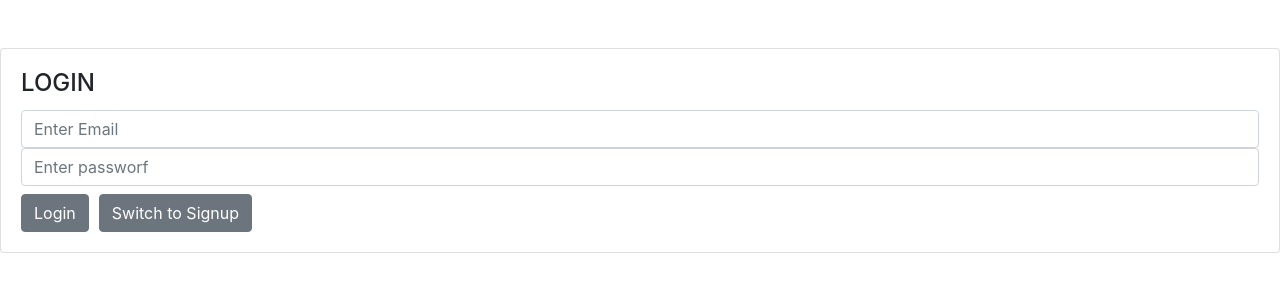
Repository: hosseinemami1370/iranicard
Page: /auth
The author's editor kept a copy of each file at every save. The page is drawn from the files as they stood at one save, then again after the next save.
The browser window is 1280 px wide. The pictures show the whole page.
The project was rebuilt for these pictures with package versions that can differ from the ones it lists, and the page was loaded fresh each time. The framework's server and built-in components were replaced by stand-ins that run in the browser. Also part of the build but not shown: nuxt.config.js, components/Header.vue, components/Logo.vue, components/UI/AppButton.vue, components/navigation/Header.vue, layouts/admin.vue, layouts/error.vue, layouts/header.vue.

Above is the page before, as saved 2021-03-13 15:20:32.

After the next save:
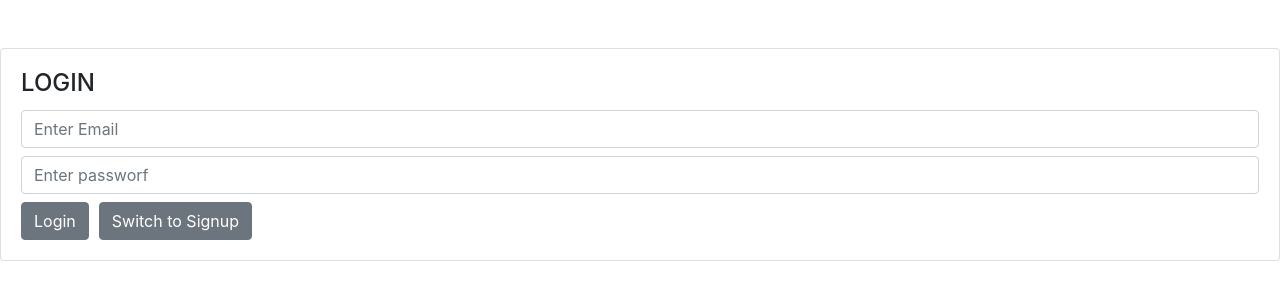
Saved 61 s later.
--- a/pages/auth/index.vue
+++ b/pages/auth/index.vue
@@ -4,7 +4,7 @@
           <b-form-input id="email" v-model="email" placeholder="Enter Email">
 
           </b-form-input>
-          <b-form-input id="password" v-model="password" placeholder="Enter passworf">
+          <b-form-input class="mt-2" id="password" v-model="password" placeholder="Enter passworf">
 
           </b-form-input>
           <div class="mt-2">
